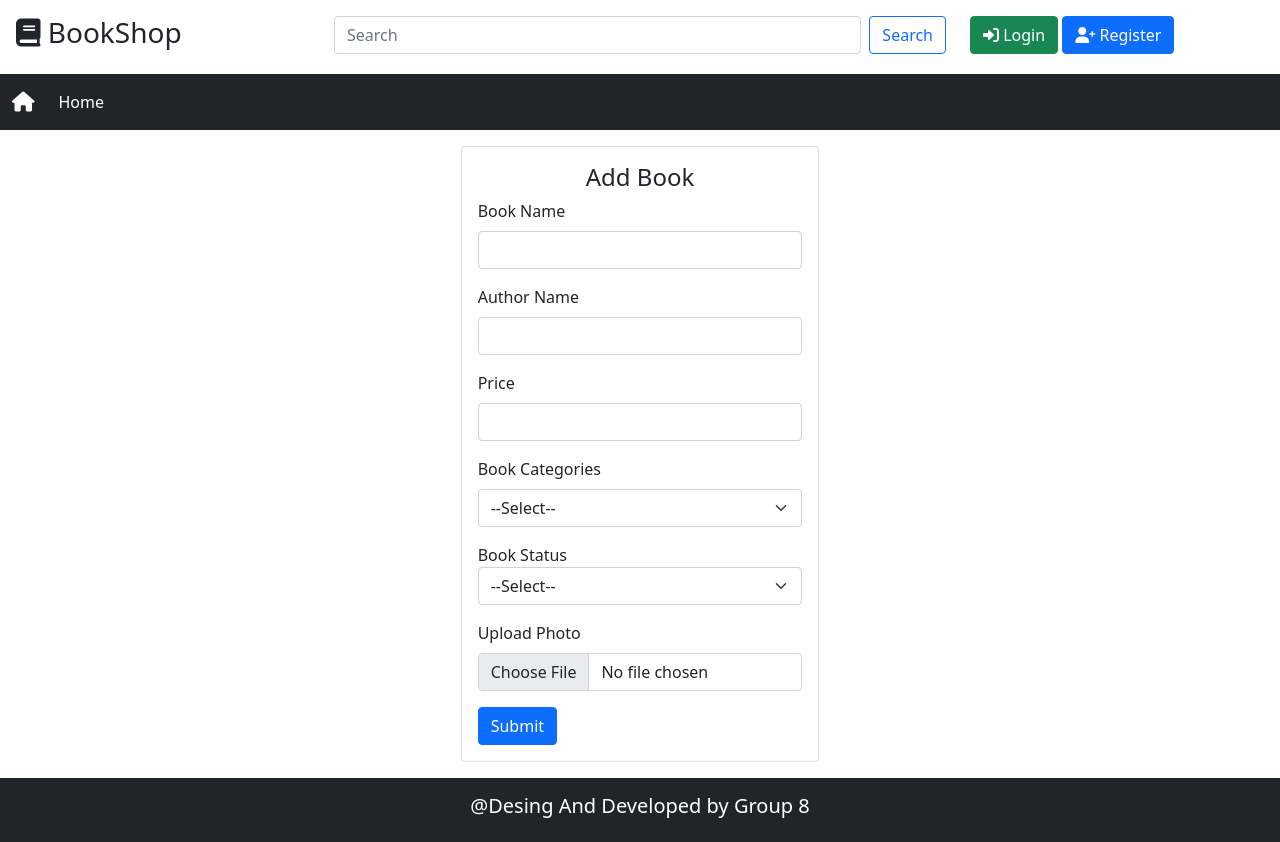
Repository: Abhishekverma23797/BookShopApp
Page: http://localhost/Ebook-App/Admin/add_books.jsp
These files come from the project's save history. The page is drawn as it stood at one moment and after the next save; the edit follows.
The browser window is 1280 px wide. The pictures show the whole page.
The page is served by Tomcat 9.

Above is the page before, as saved 2021-12-09 09:50:21.

After the next save:
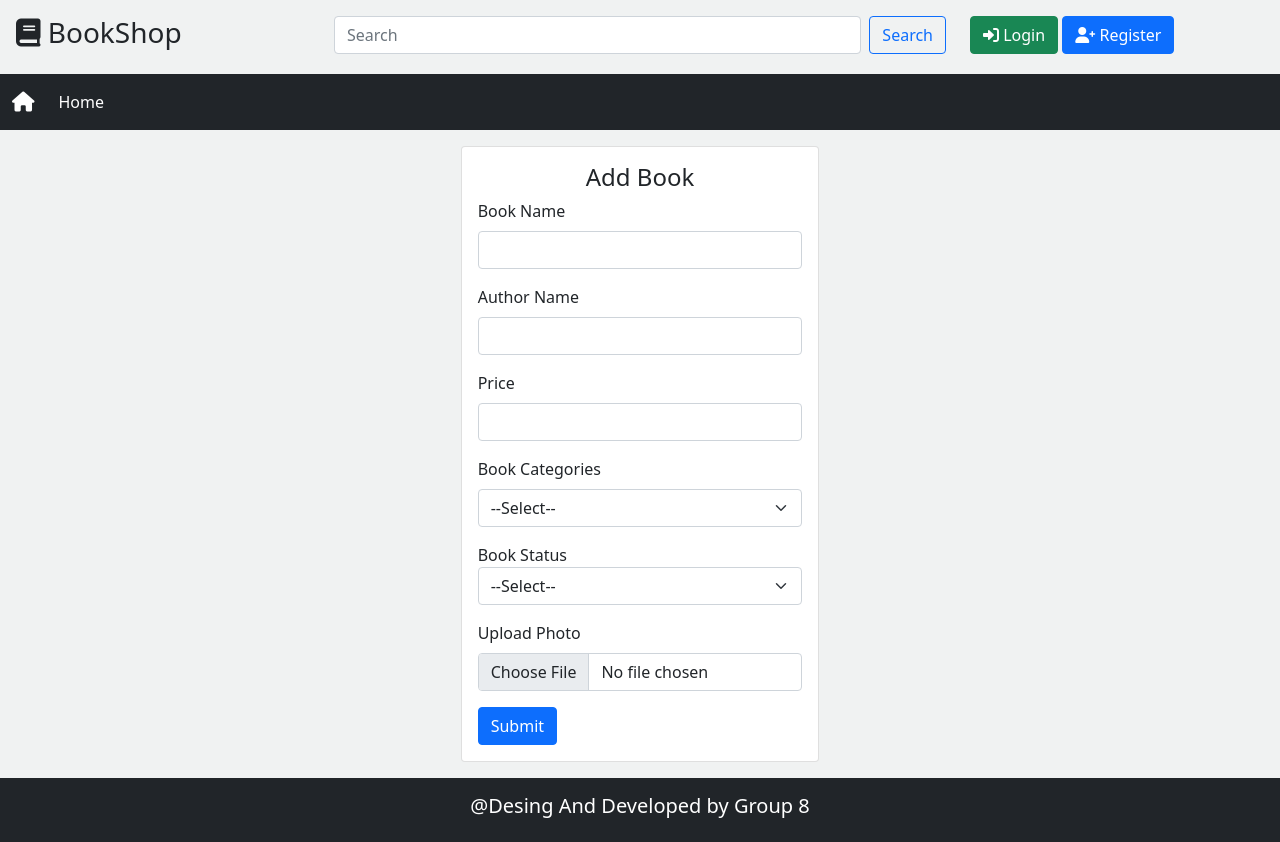
Saved 4 min 22 s later.
--- a/Ebook-App/src/main/webapp/Admin/add_books.jsp
+++ b/Ebook-App/src/main/webapp/Admin/add_books.jsp
@@ -7,7 +7,7 @@
 <title>Add Book</title>
 <%@include file="AllCss.jsp"%>
 </head>
-<body>
+<body style="background-color:#f0f2f2">
 	<%@include file="navbar.jsp"%>
 
 
